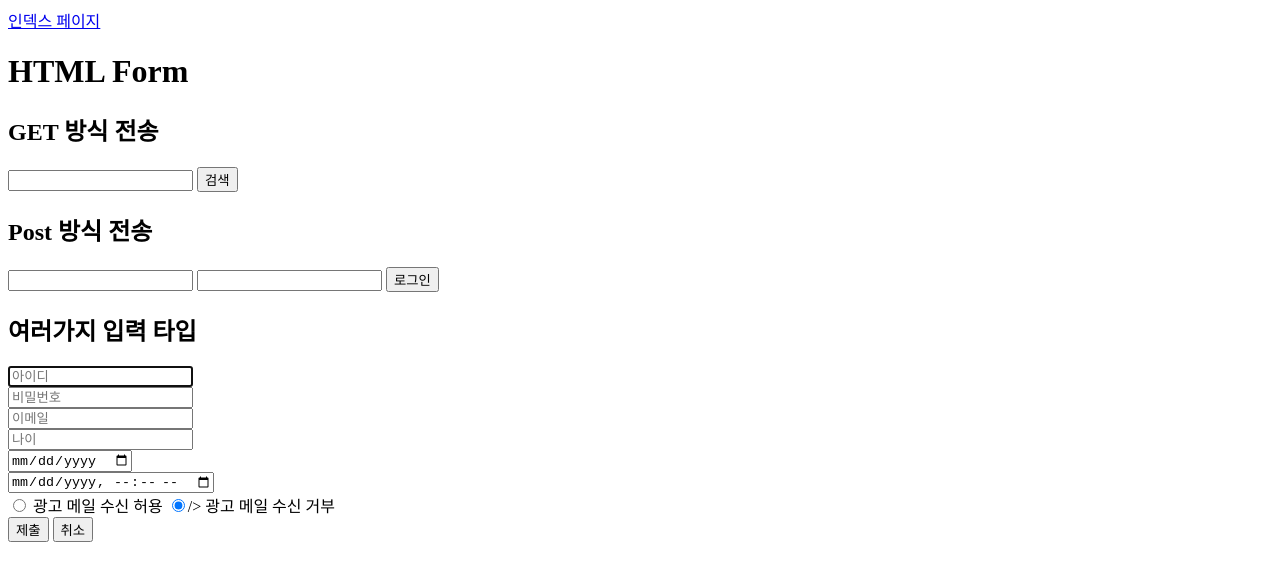
Repository: Sid0130/HTML
Page: lab-web/lab01_html/src/main/webapp/form.html
An editor plug-in stored every save of this project. The page is shown before and after the next save, followed by the edit.
The browser window is 1280 px wide. The pictures show the whole page.

Above is the page before, as saved 2024-12-04 04:59:49.

After the next save:
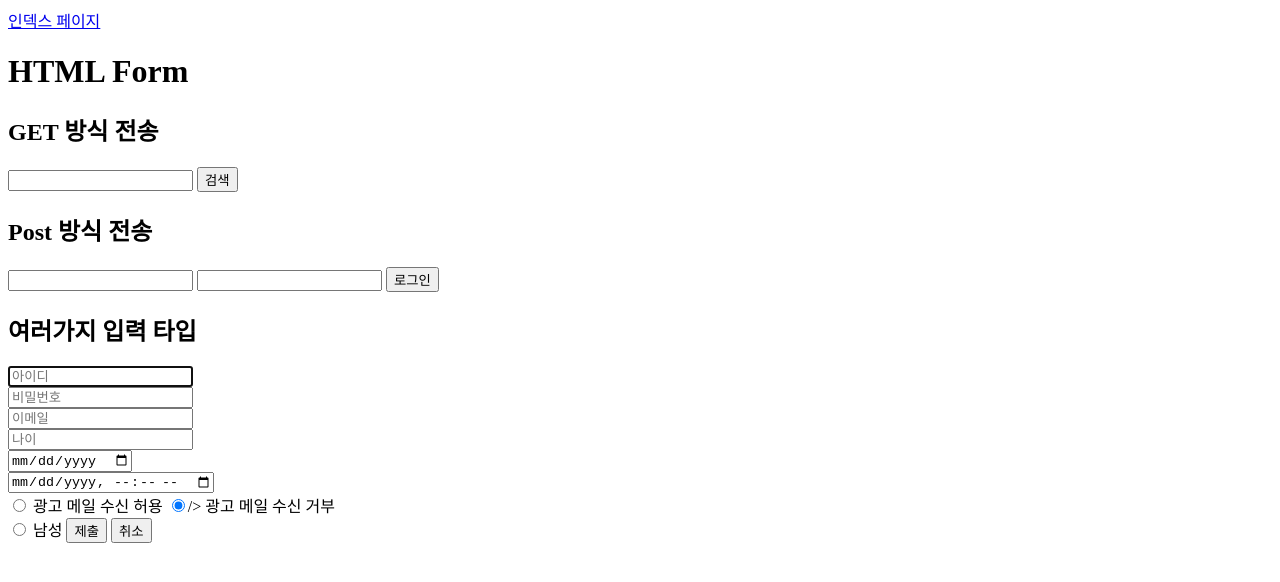
Saved 81 s later.
--- a/lab-web/lab01_html/src/main/webapp/form.html
+++ b/lab-web/lab01_html/src/main/webapp/form.html
@@ -60,6 +60,9 @@
             <input type="radio" name="ad" value="F" id="radioDeny" checked>/><!-- checked 미리 선택해놓는것 -->
             <label for="radioDeny">광고 메일 수신 거부</label>
             <br/>
+            <input type="radio" name="gender" value="M" id="rbMale"/>
+            <label for="rbMale">남성</label>
+
             <input type="submit" value="제출"/> <!-- 클라이언트가 서버로 양식 데이터를 제출 -->
             <input type="reset" value="취소"/> <!--클라이언트가 양식 데이터를 초기화 -->
             <!--UTF8 모든 특수기호는 인코딩한 다음에 보내주는 것 -->
